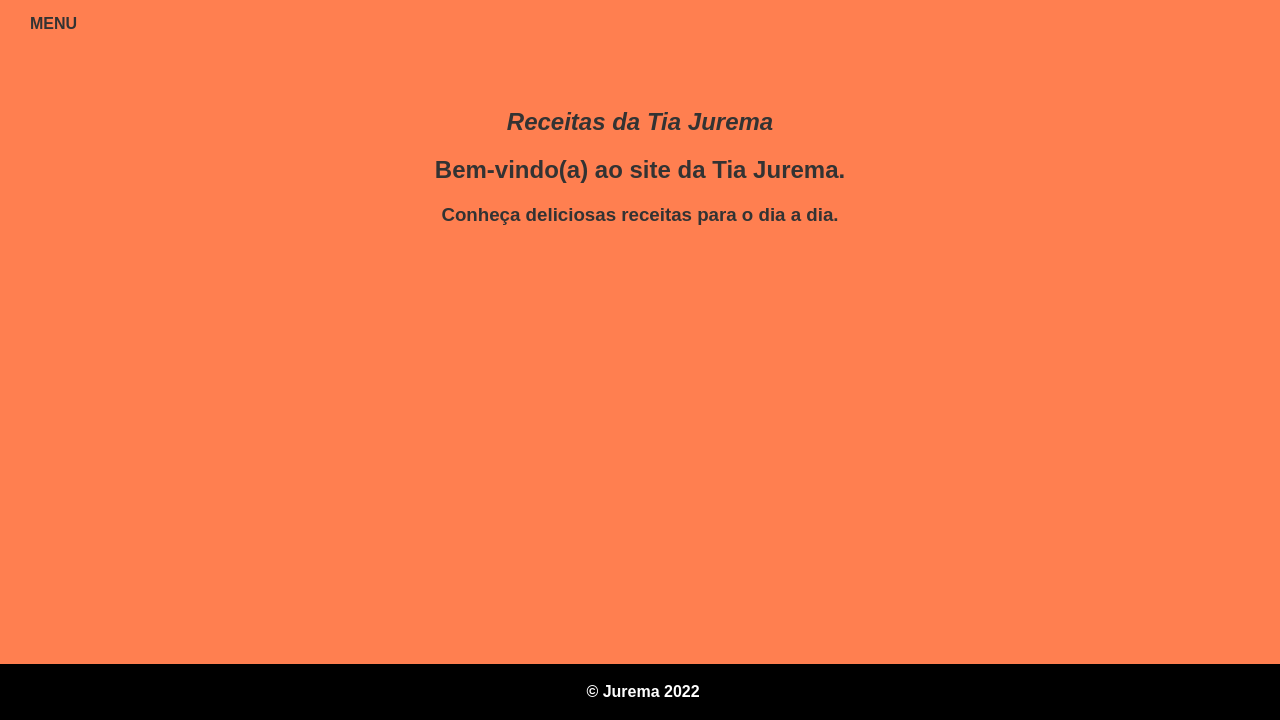
Repository: devropaes/RECEITAS
Page: OneDrive/Área de Trabalho/Estudos/Estácio/receitas/home.html
The author's editor kept a copy of each file at every save. The page is drawn from the files as they stood at one save, then again after the next save.
The browser window is 1280 px wide. The pictures show the whole page.

Above is the page before, as saved 2024-03-09 13:43:17.

### OneDrive/Área de Trabalho/Estudos/Estácio/receitas/home.html
<!DOCTYPE html>
<html lang="pt-br" class= "geolocation webworkers canvas video webanimations preserve3d supports no-touchevents cssfilters flexbox csstransforms dynamicscrollevents videoupload">
<head>
    <meta charset="UTF-8">
    <meta name="viewport" content="width=device-width, initial-scale=1.0">
    <meta http-equiv=Rresh content="0"; URL="/noscript"><meta name=google-site-verification content=XYO55ZpIpcrJHnE4syh6g2qvOn25m2y3g5cDFUJ0T30>

    <title>Receitas da Tia Jurema</title>
    <link rel="stylesheet" href="./formatos.css">
    </head>

    <body>
    <header class="cabecalho">
      <nav class="cabecalho__menu">
          <a class="cabecalho__menu__link" href="index.html">MENU</a>
      </nav>
      </head>
      <main class="apresentacao">
        <section class="apresentacao__conteudo">
            <h1 class="apresentacao__conteudo__titulo">
              <i class="fa-duotone fa-utensils"> Receitas da Tia Jurema </i>
              <strong Receitas da Tia Jurema ></strong> </h1>
            <h2>Bem-vindo(a) ao site da Tia Jurema.</h2>
            <h3>Conheça deliciosas receitas para o dia a dia.</h3>
        </main>

            <footer class="rodape">
               <p>&copy; Jurema 2022 </p>
            </footer>

</body>
</html>

### OneDrive/Área de Trabalho/Estudos/Estácio/receitas/formatos.css
/*https://fontawesome.com/icons/utensils?f=classic&s=solid formatos.css */

body {
    font-family: Arial, sans-serif;
    margin: 0;
    padding: 0;
    background-color:#ff7f50;
}

.cabecalho {
    font-family: "Krona One", sans-serif;
    font-weight: 600;
    background-color:#ff7f50;
    color: #333;
    padding: 10px;
    text-align: center;
}

.cabecalho__menu {
    font-family: "Krona One", sans-serif;
    font-weight: 600;
    background-color:#ff7f50;
    display: flex;
    justify-content: left;
    color:black;

}

.cabecalho__menu__link {
    font-family: "Krona One", sans-serif;
    font-weight: 600;
    color: #333;
    text-decoration: none;
    padding: 5px 10px;
    margin: 0 10px;
    pad: 50px;
}

.apresentacao {
    font-family: "Krona One", sans-serif;
    font-weight: 600;
    background-color: #ff7f50;
    text-align: center;
    padding: 50px;
}

.apresentacao__conteudo {
    font-family: "Krona One", sans-serif;
    font-weight: 600;
    max-width: 600px;
    margin: 0 auto;
    pad: 60px;
}

.apresentacao__conteudo__titulo {
    font-family: "Krona One", sans-serif;
    font-weight: 600;
    color: #333;
    pad:62px;
}


.rodape {
    background-color: #000;
    color: #fff;
    text-align: center;
    padding: 3px;
    position: fixed;
    left: 0; /* Alteração aqui para fixar o rodapé no lado esquerdo */
    bottom: 0;
    width: 100%;
    margin: 0;
    max-width: 100%;
}

After the next save:
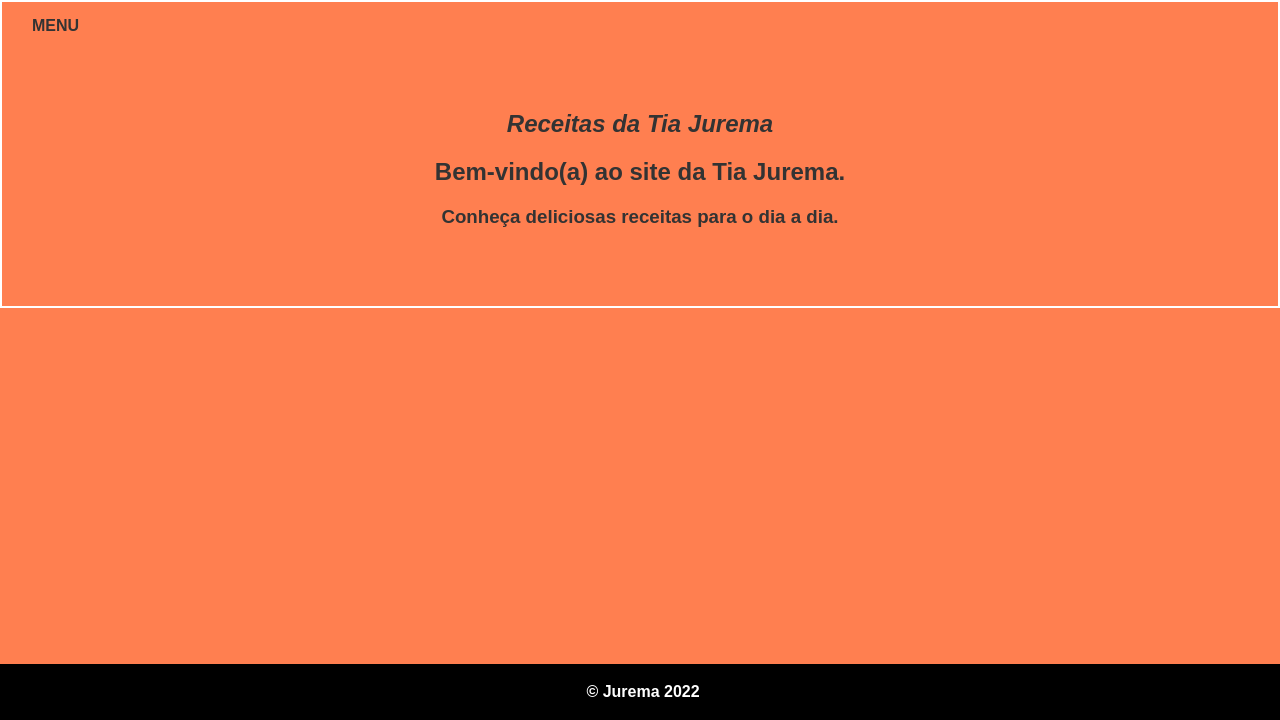
Saved 4 min 18 s later.
--- a/OneDrive/Área de Trabalho/Estudos/Estácio/receitas/formatos.css
+++ b/OneDrive/Área de Trabalho/Estudos/Estácio/receitas/formatos.css
@@ -1,6 +1,7 @@
 /*https://fontawesome.com/icons/utensils?f=classic&s=solid formatos.css */
 
 body {
+    border: 2px solid #fff ;
     font-family: Arial, sans-serif;
     margin: 0;
     padding: 0;

After the save that followed:
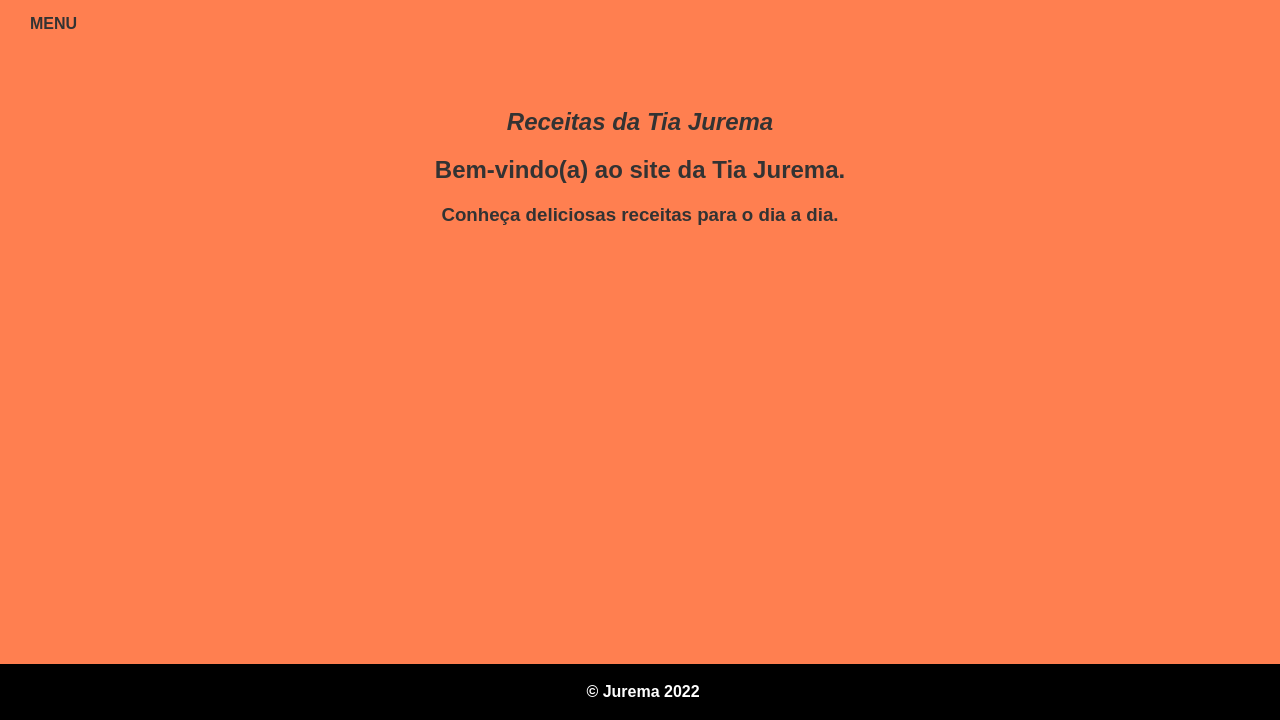
Saved 49 s later.
--- a/OneDrive/Área de Trabalho/Estudos/Estácio/receitas/formatos.css
+++ b/OneDrive/Área de Trabalho/Estudos/Estácio/receitas/formatos.css
@@ -1,7 +1,7 @@
 /*https://fontawesome.com/icons/utensils?f=classic&s=solid formatos.css */
 
 body {
-    border: 2px solid #fff ;
+    border-top-left-radius: 2px solid #fff ;
     font-family: Arial, sans-serif;
     margin: 0;
     padding: 0;
